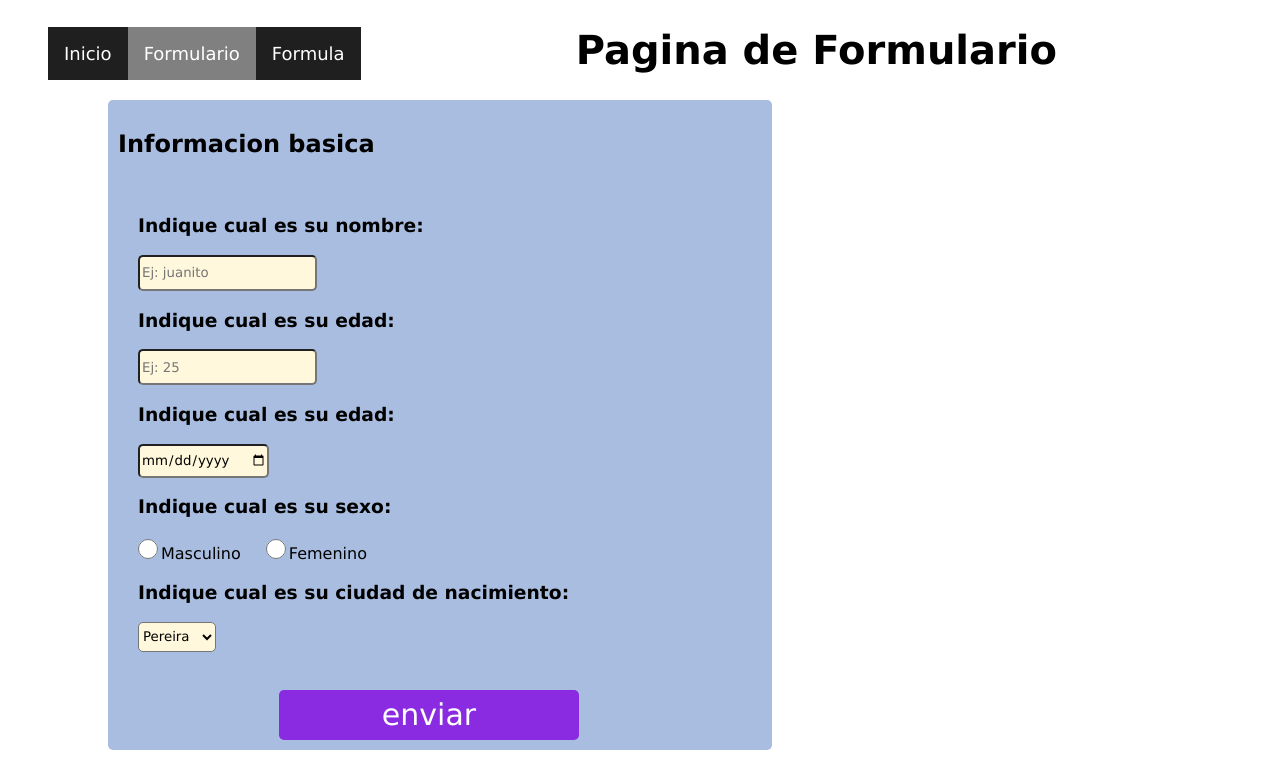
Repository: misterySnow94/tutoriales
Page: pagina basica/formulario.html
The author's editor kept a copy of each file at every save. The page is drawn from the files as they stood at one save, then again after a run of saves.
The browser window is 1280 px wide. The pictures show the whole page.

Above is the page before, as saved 2019-11-04 00:27:03.

### pagina basica/formulario.html
<!DOCTYPE html>
<html lang="en">
<head>
    <meta charset="UTF-8">
    <meta name="viewport" content="width=device-width, initial-scale=1.0">
    <meta http-equiv="X-UA-Compatible" content="ie=edge">
    <title>inicio</title>
    <link rel="stylesheet" href="css/style.css">
</head>
<body>
    <nav>
        <ul>
            <li><a href="index.html"> Inicio </a></li>
            <li class="active"><a href="formulario.html">Formulario</a></li>
            <li><a href="formula.html">Formula</a></li>
        </ul>
    </nav>

    <div class="contenido">
        <h1>Pagina de Formulario</h1>

        <form action="">
            <h2>Informacion basica</h2>
            <label for="nombre">
                <h3>Indique cual es su nombre:</h3>
                <input type="text" placeholder="Ej: juanito" name="nombre">
            </label>
            <label for="edad">
                <h3>Indique cual es su edad:</h3>
                <input type="number" placeholder="Ej: 25" name="edad">
            </label>
            <label for="fecha_nacimiento">
                <h3>Indique cual es su edad:</h3>
                <input type="date" placeholder="Ej: 25" name="edad">
            </label>
            <label for="sexo">
                <h3>Indique cual es su sexo:</h3>
                <input class="radio" type="radio" name="sexo">Masculino
                <input class="radio" type="radio" name="sexo">Femenino
            </label>
            <label for="ciudad">
                <h3>Indique cual es su ciudad de nacimiento:</h3>
                <select name="ciudad">
                    <option value="">Pereira</option>
                    <option value="">Cali</option>
                    <option value="">Medellin</option>
                    <option value="">Bogota</option>
                </select>
            </label>
            <br><br><br>
            <button>enviar</button>
        </form>
    </div>
</body>
</html>

### pagina basica/css/style.css
body{
    font-family: 'Lucida Sans', 'Lucida Sans Regular', 'Lucida Grande', 'Lucida Sans Unicode', Geneva, Verdana, sans-serif;
}

li{
    float: left;
    list-style: none;
    padding: 16px;
    background-color: rgb(31, 31, 31);
}

.active{
    background-color: gray;
}

li:hover{
    background-color: gray;
}

a{
    color: white;
    text-decoration: none;
    font-size: 18px;
}

h1{
    text-align: center;
    font-size: 40px;
}

form{
    margin-left: 100px;
    margin-right: 500px;
    background-color: rgb(169, 189, 224);
    border-radius: 5px;
    padding: 10px;
}

label, input, h3 , select{
    margin-left: 20px;
}

input, select{
    border-radius: 5px;
    height: 30px;
    font-family: 'Lucida Sans', 'Lucida Sans Regular', 'Lucida Grande', 'Lucida Sans Unicode', Geneva, Verdana, sans-serif;
    background-color: cornsilk;
}

button{
    background-color: blueviolet;
    height: 50px;
    width: 300px;
    border:none;
    border-radius: 5px;
    font-family: 'Lucida Sans', 'Lucida Sans Regular', 'Lucida Grande', 'Lucida Sans Unicode', Geneva, Verdana, sans-serif;
    font-size: 30px;
    color:white;
    margin-left: 25%;
}

button:hover{
    background-color: rgb(190, 140, 236);
    color:black;
}

.radio{
    width: 20px;
    height: 20px;
}

After the next 2 saves:
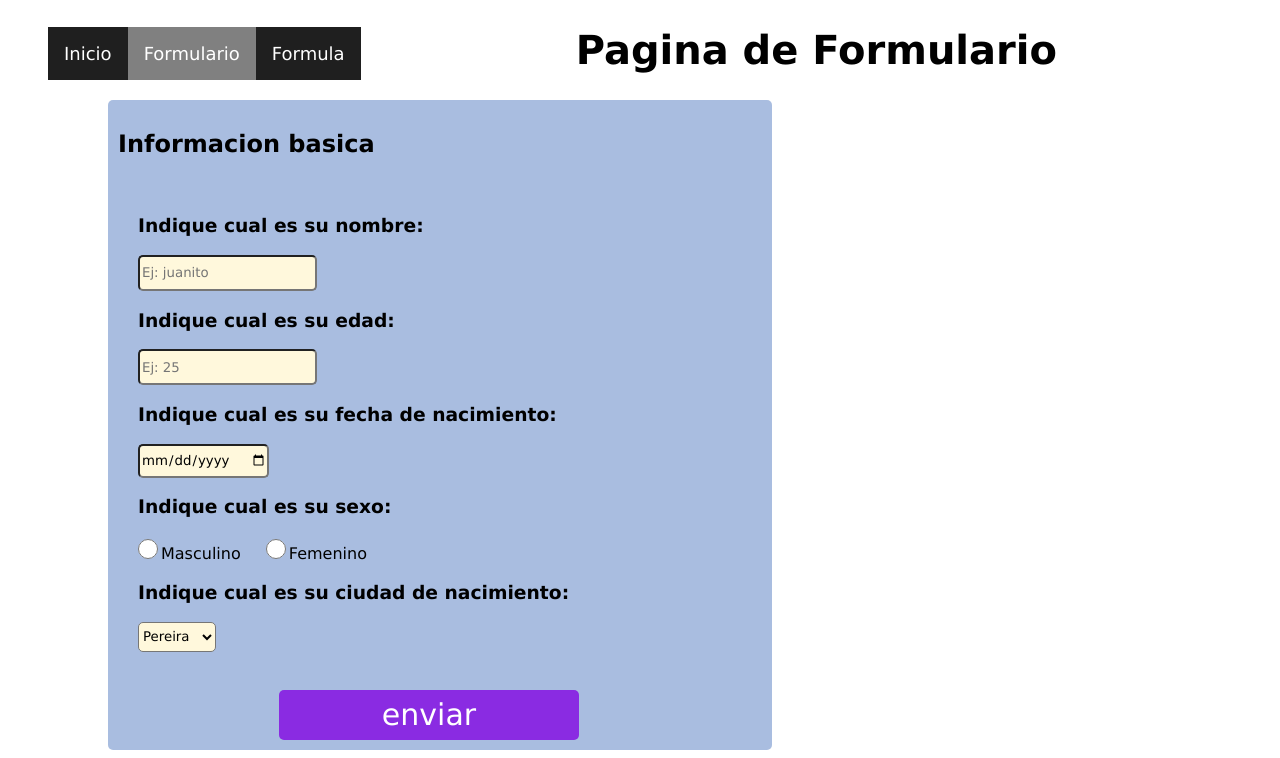
The 2 saves are shown as one change because they came seconds apart.
The last was saved 11 s later.
--- a/pagina basica/formulario.html
+++ b/pagina basica/formulario.html
@@ -30,8 +30,8 @@
                 <input type="number" placeholder="Ej: 25" name="edad">
             </label>
             <label for="fecha_nacimiento">
-                <h3>Indique cual es su edad:</h3>
-                <input type="date" placeholder="Ej: 25" name="edad">
+                <h3>Indique cual es su fecha de nacimiento:</h3>
+                <input type="date" name="fecha_nacimiento">
             </label>
             <label for="sexo">
                 <h3>Indique cual es su sexo:</h3>
